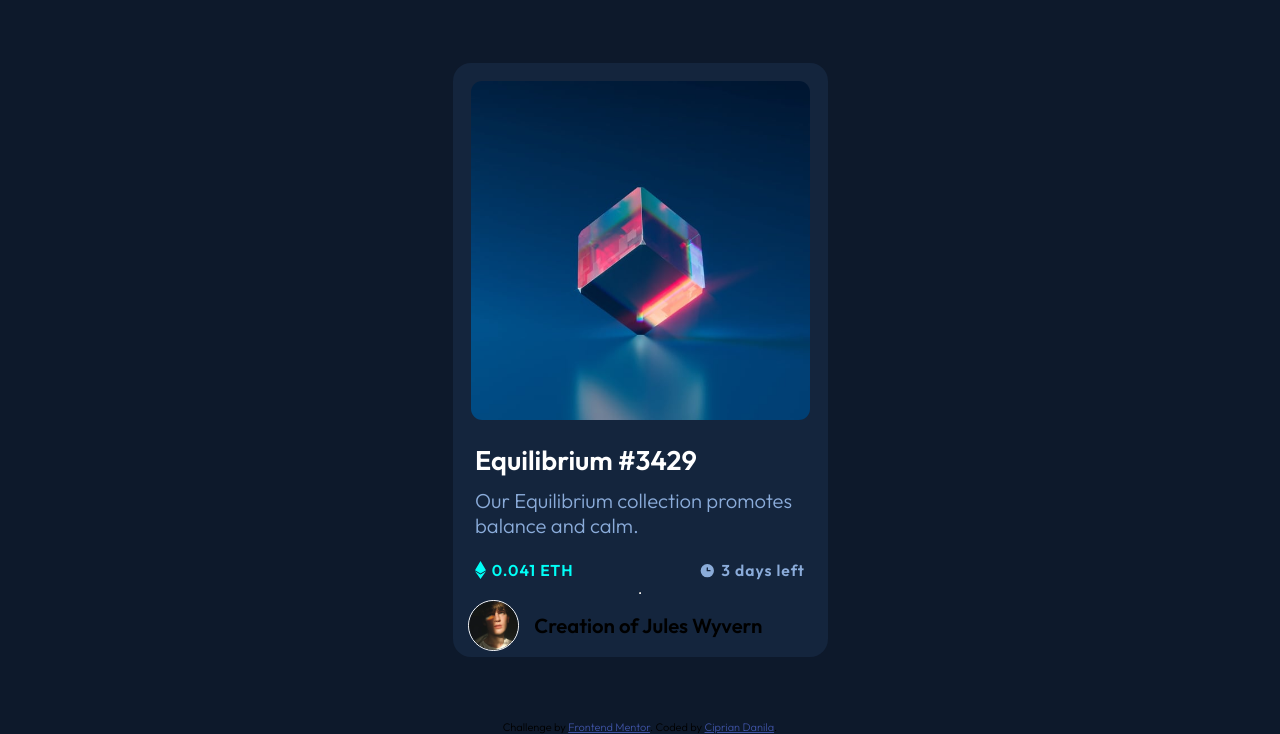
Repository: cipdanila/NFT-preview-card-component
Page: index.html
These files come from the project's save history. The page is drawn as it stood at one moment and after the next save; the edit follows.
The browser window is 1280 px wide. The pictures show the whole page.

Above is the page before, as saved 2024-01-31 17:06:46.

After the next save:
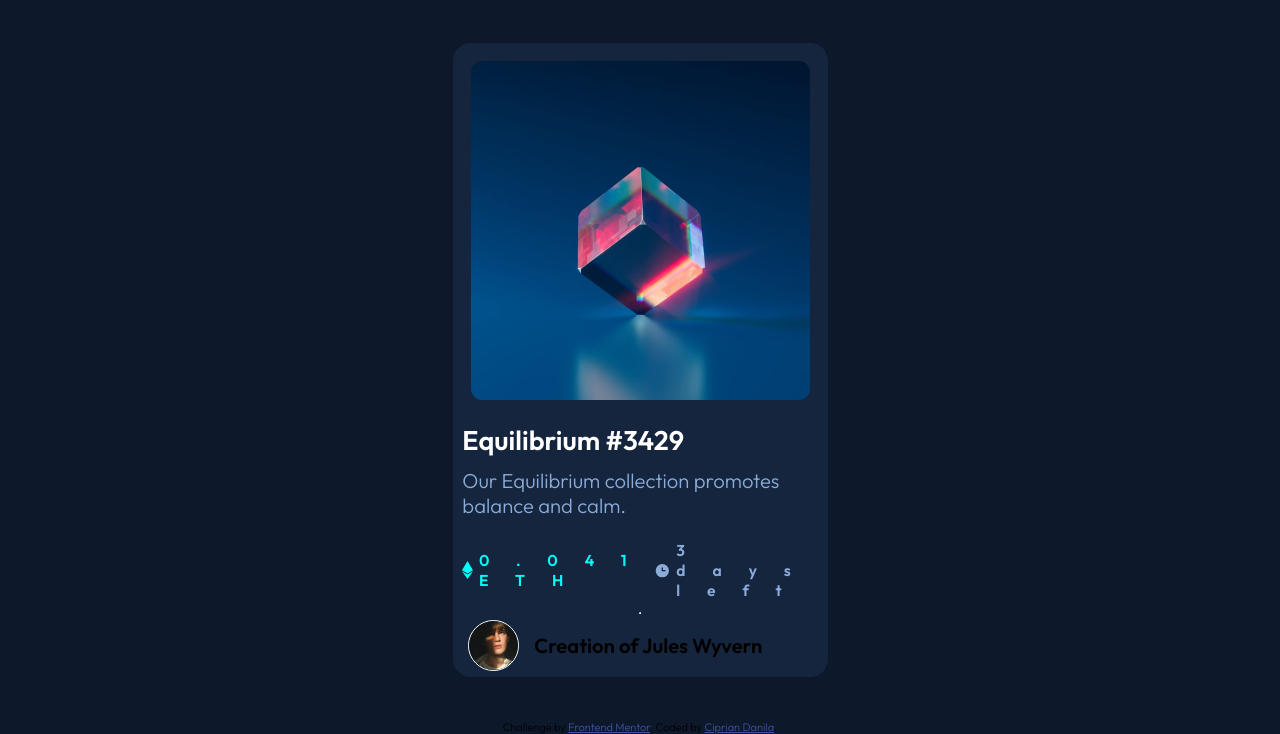
Saved 28 s later.
--- a/style.css
+++ b/style.css
@@ -79,7 +79,7 @@
     padding: 0.625rem 0;
     font-size: 0.875rem;
     font-weight: 600;
-    letter-spacing: 1px;
+    letter-spacing: 1.5rem;
 }
 
 .price {

After the save that followed:
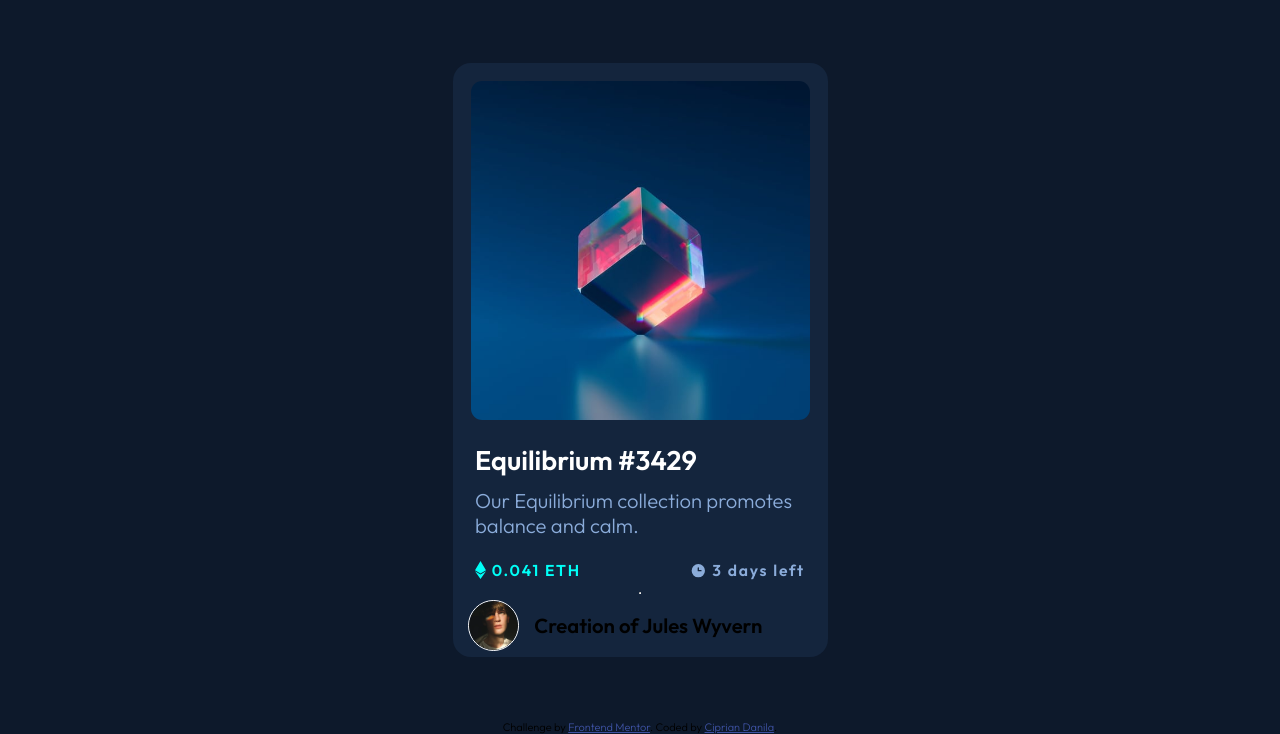
Saved 15 s later.
--- a/style.css
+++ b/style.css
@@ -79,7 +79,7 @@
     padding: 0.625rem 0;
     font-size: 0.875rem;
     font-weight: 600;
-    letter-spacing: 1.5rem;
+    letter-spacing: 0.1rem;
 }
 
 .price {
